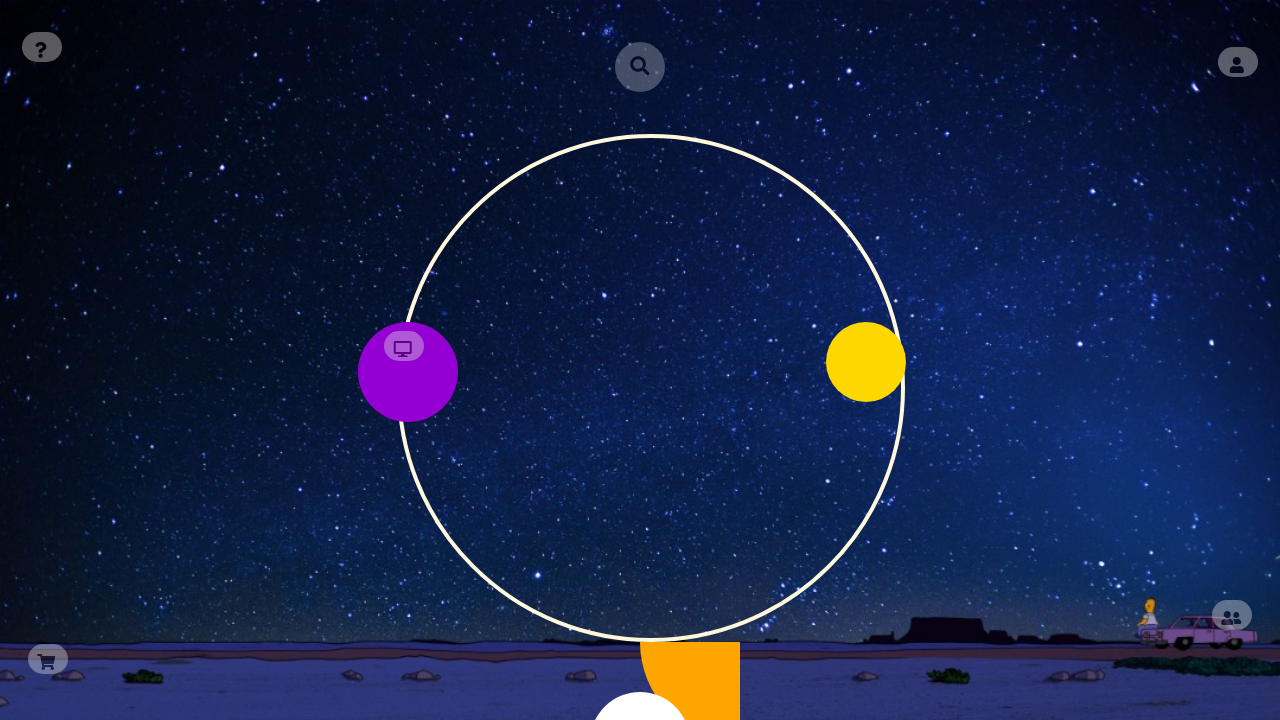
Repository: NFEL/Jupiter_shop
Page: Webpages/lnading page/landing.html
An editor plug-in stored every save of this project. The page is shown before and after the next save, followed by the edit.
The browser window is 1280 px wide. The pictures show the whole page.
Some web libraries are served in a nearby version.

Above is the page before, as saved 2020-11-27 03:39:39.

After the next save:
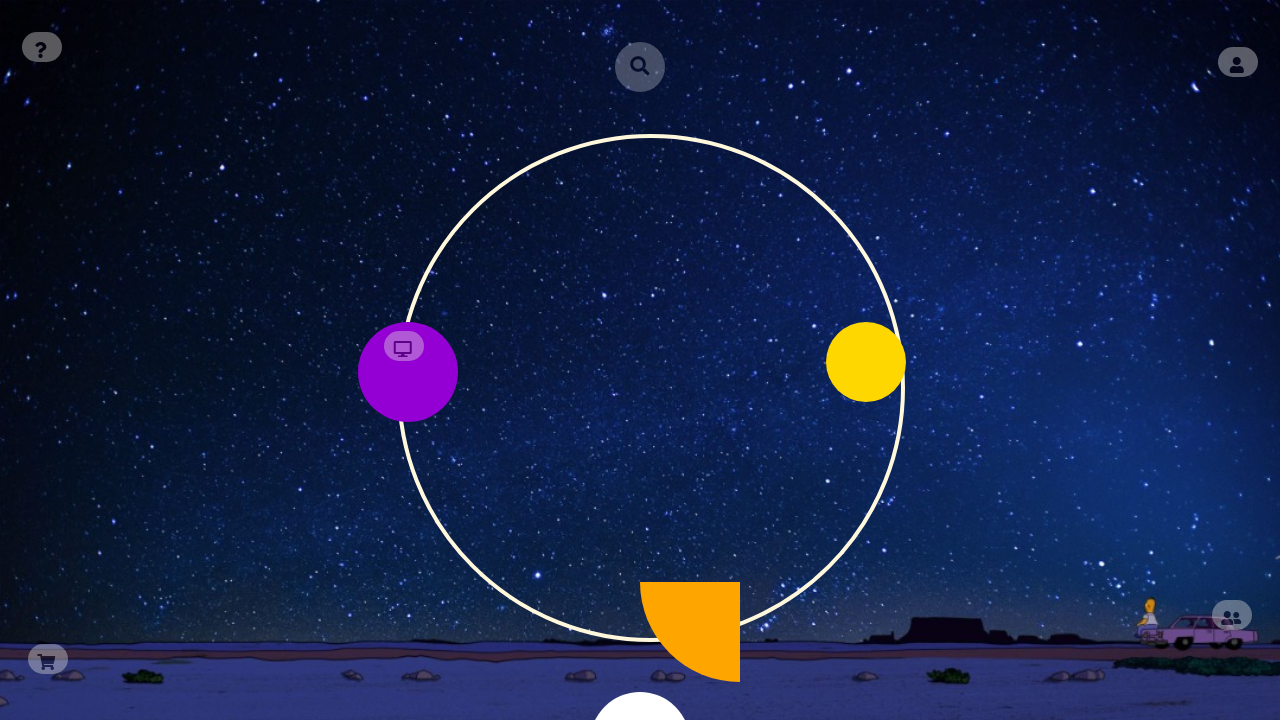
Saved 13 s later.
--- a/Webpages/lnading page/landing.css
+++ b/Webpages/lnading page/landing.css
@@ -211,7 +211,7 @@
     background-color: pink;
   }
   .quarter3 {
-    bottom: 50%;
+    bottom: 80%;
     left: 50%;
     background-color: orange;
     border-radius: 0 0 0 100%;
